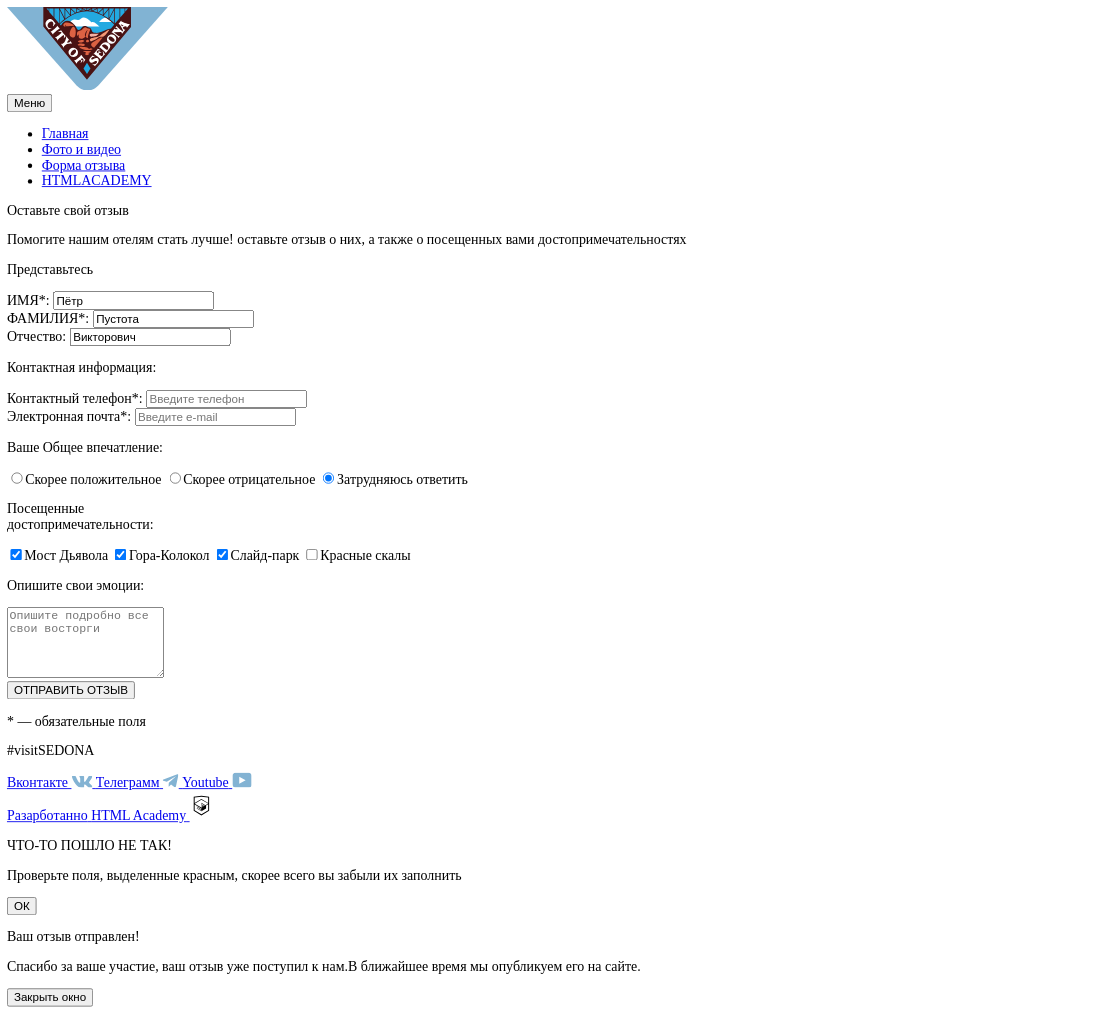
Repository: iKrekus/2149661-sedona-27
Page: source/form.html
The author's editor kept a copy of each file at every save. The page is drawn from the files as they stood at one save, then again after the next save.
The browser window is 1280 px wide. The pictures show the whole page, at 87% of full size.

Above is the page before, as saved 2022-11-28 19:19:25.

After the next save:
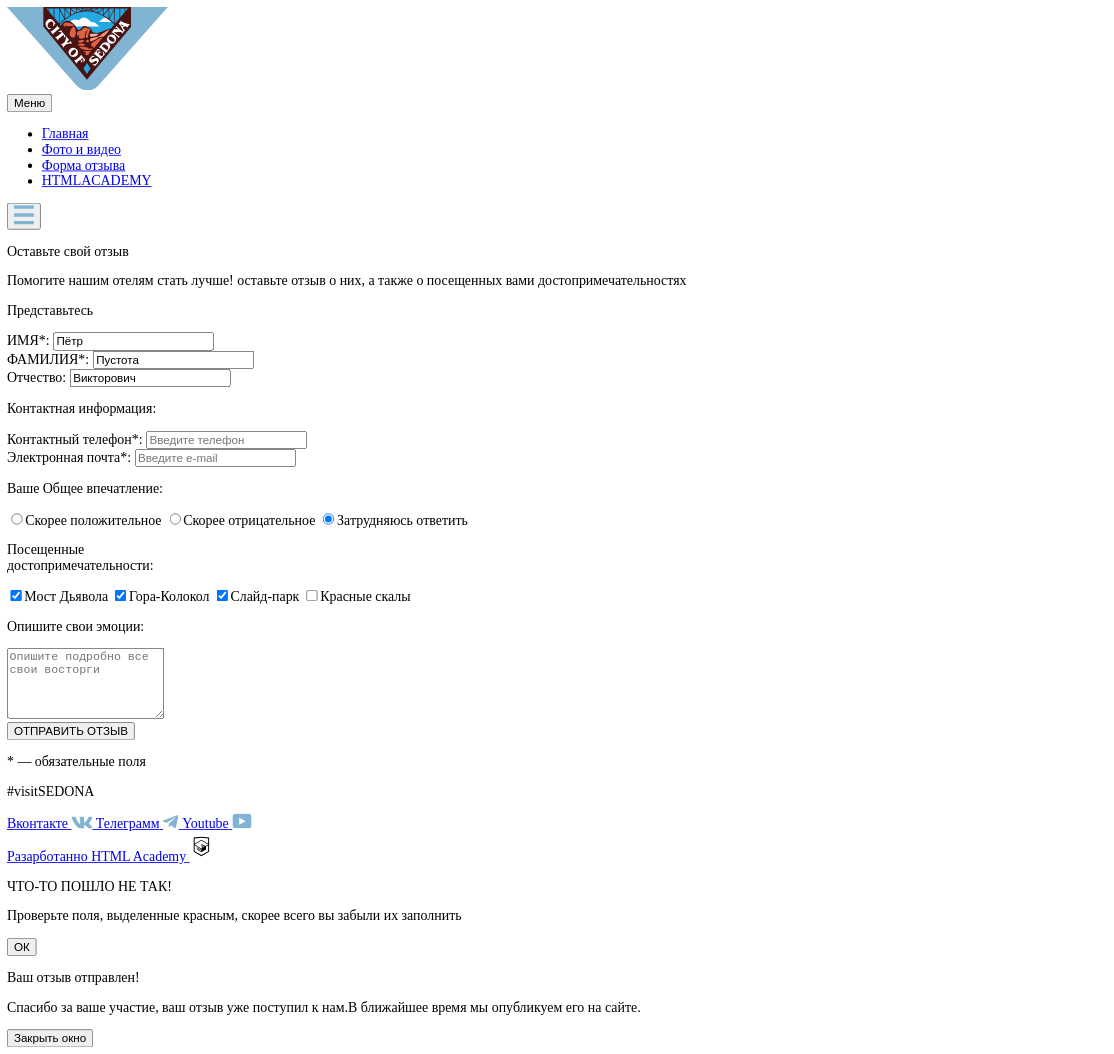
Saved 2 min 33 s later.
--- a/source/form.html
+++ b/source/form.html
@@ -37,6 +37,9 @@
             </li>
           </ul>
         </div>
+        <button class="menu-button" type="button">
+          <svg width="23" height="22" viewBox="0 0 23 22" fill="none" xmlns="http://www.w3.org/2000/svg"><path d="M22.9 0H0v4h22.9V0ZM22.9 9H0v4h22.9V9ZM22.9 18H0v4h22.9v-4Z" fill="#81B3D2"/></svg>
+        </button>
       </nav>
     </header>
     <main class="form-container">
